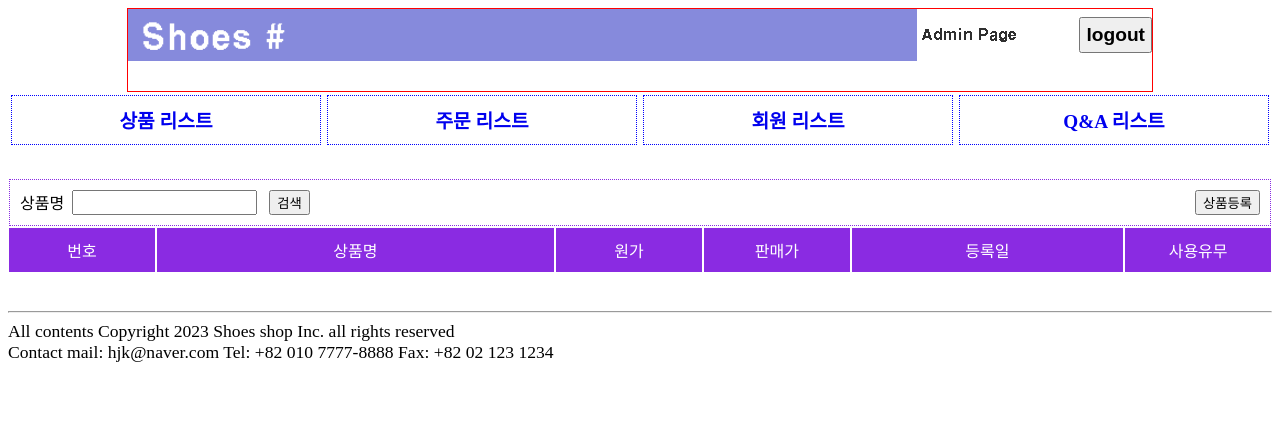
Repository: kkm41/SQL
Page: http://localhost/WEB12_ShoesShop/admin/product/productList.jsp
An editor plug-in stored every save of this project. The page is shown before and after the next save, followed by the edit.
The browser window is 1280 px wide. The pictures show the whole page.
The page is served by Tomcat 10. The template is opened directly, without the code that normally fills it, so the values that code supplies are empty.

Above is the page before, as saved 2024-05-23 03:58:58.

After the next save:
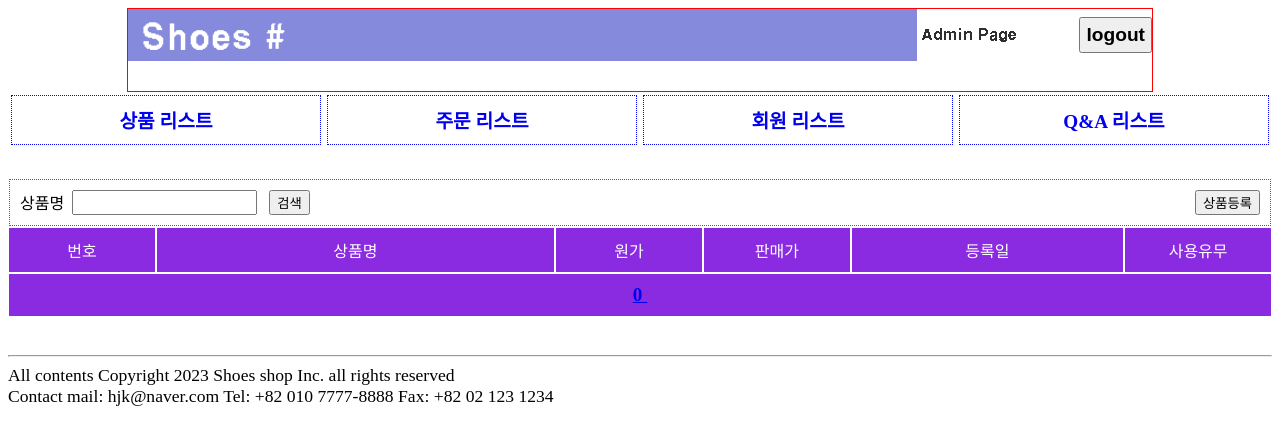
Saved 2 min 43 s later.
--- a/workspace/WEB12_ShoesShop/src/main/webapp/admin/product/productList.jsp
+++ b/workspace/WEB12_ShoesShop/src/main/webapp/admin/product/productList.jsp
@@ -41,6 +41,7 @@
 			</div>
 		</div>
 		</c:forEach>
+		<jsp:include page="/admin/paging/paging.jsp"></jsp:include>
 	</div>
 </article>
 

After the 2 saves that followed:
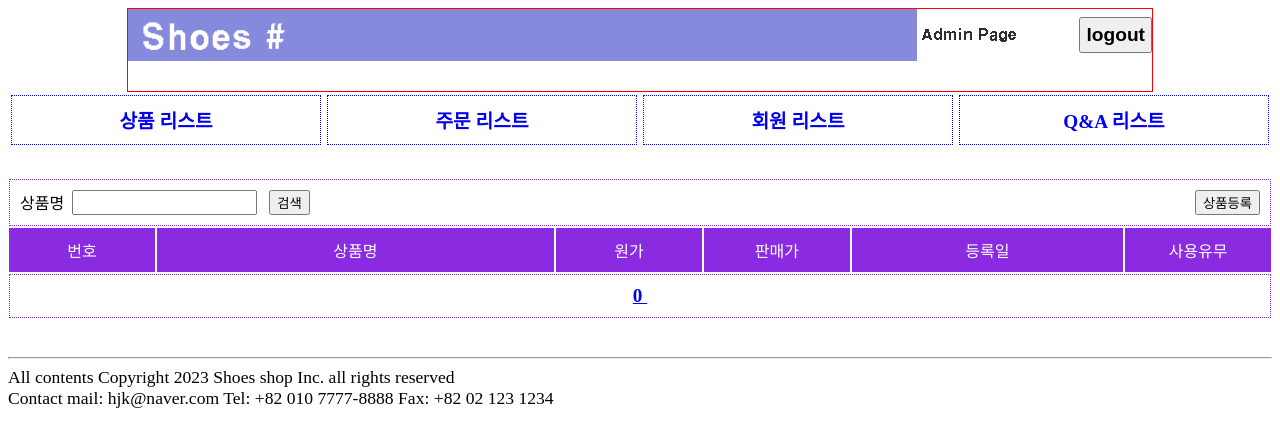
The 2 saves are shown as one change because 1 left the picture as it was.
The last was saved 2 min 5 s later.
--- a/workspace/WEB12_ShoesShop/src/main/webapp/admin/paging/paging.jsp
+++ b/workspace/WEB12_ShoesShop/src/main/webapp/admin/paging/paging.jsp
@@ -2,9 +2,9 @@
     pageEncoding="UTF-8"%>
 <%@taglib prefix="c" uri="http://java.sun.com/jsp/jstl/core" %>
 
-<c:url var="action" value="shop.do?command=qnaList"/>
+<c:url var="action" value="shop.do?command=adminProductList"/>
 				<div class="row"> <!-- 페이지의 시작 -->
-					<div class="coltitle">
+					<div class="col">
 
 						<div style="font-size:120%; font-weight:bold;">
 							<c:if test="${paging.prev}">
@@ -21,6 +21,7 @@
 							<c:if test="${paging.next}">
 								&nbsp;<a href="${action}&page=${paging.endPage+1}">▶</a>&nbsp;
 							</c:if>
+
 						</div>
 					</div>
 				</div><!-- 페이지의 끝 -->
